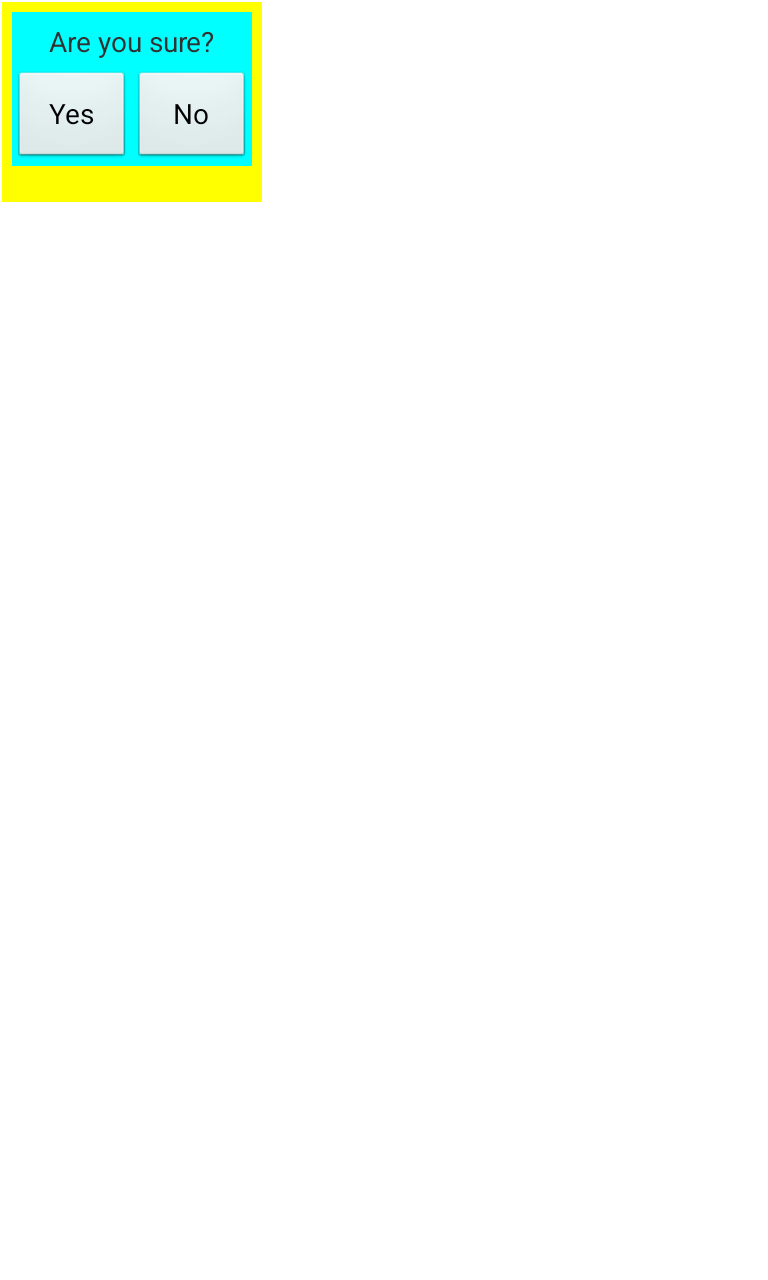
Repository: jwisch91/CS390-Project
Layout: workspace/testing/res/layout/confirmation_popup.xml
An editor plug-in stored every save of this project. The layout is shown before and after the next save, followed by the edit.
It is drawn on a 768 x 1280 px phone screen (xhdpi) without system bars, with theme android:Theme.Light; the app's code is not run.

Above is the layout before, as saved 2013-04-12 03:10:45.

After the next save:
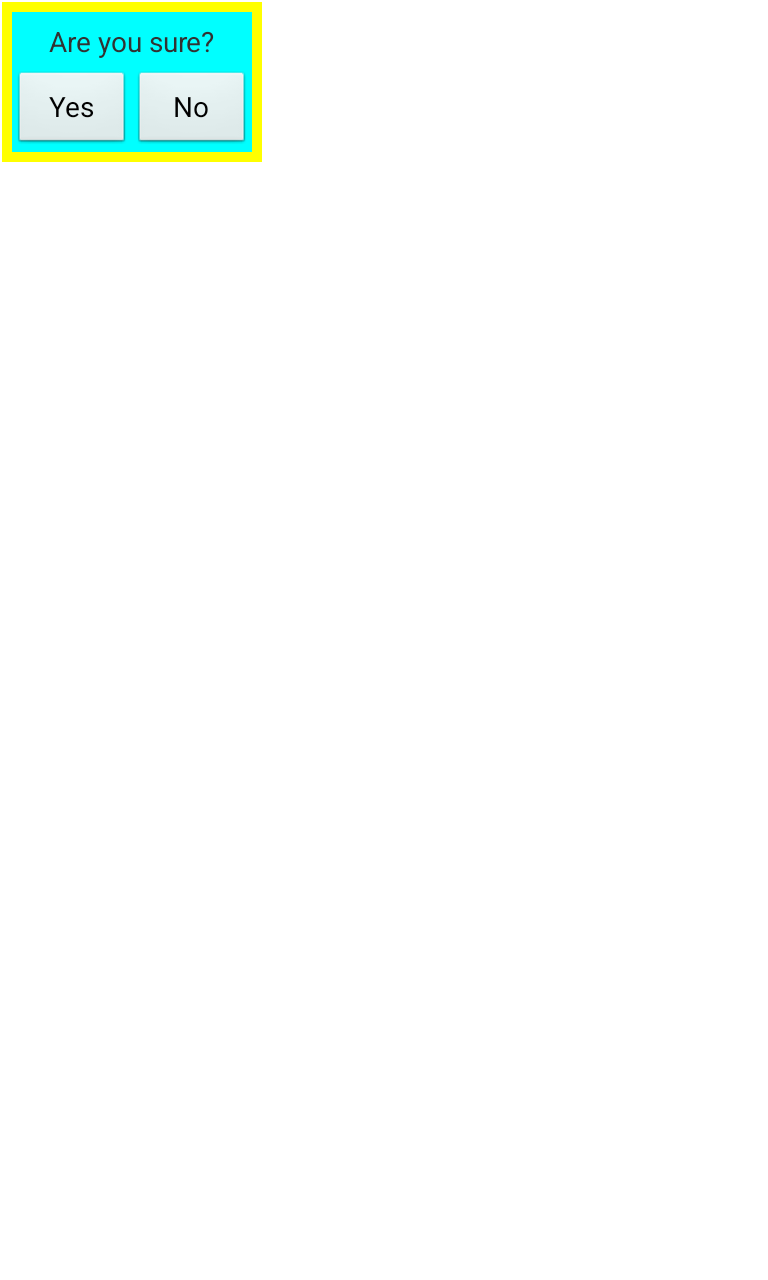
Saved 6 s later.
--- a/workspace/testing/res/layout/confirmation_popup.xml
+++ b/workspace/testing/res/layout/confirmation_popup.xml
@@ -6,7 +6,7 @@
     android:background="@android:color/background_light">
  <LinearLayout
      android:layout_width="130dp"
-     android:layout_height="100dp"
+     android:layout_height="80dp"
      android:orientation="vertical"
      android:layout_margin="1dp"
      android:background="#FFFF00">
